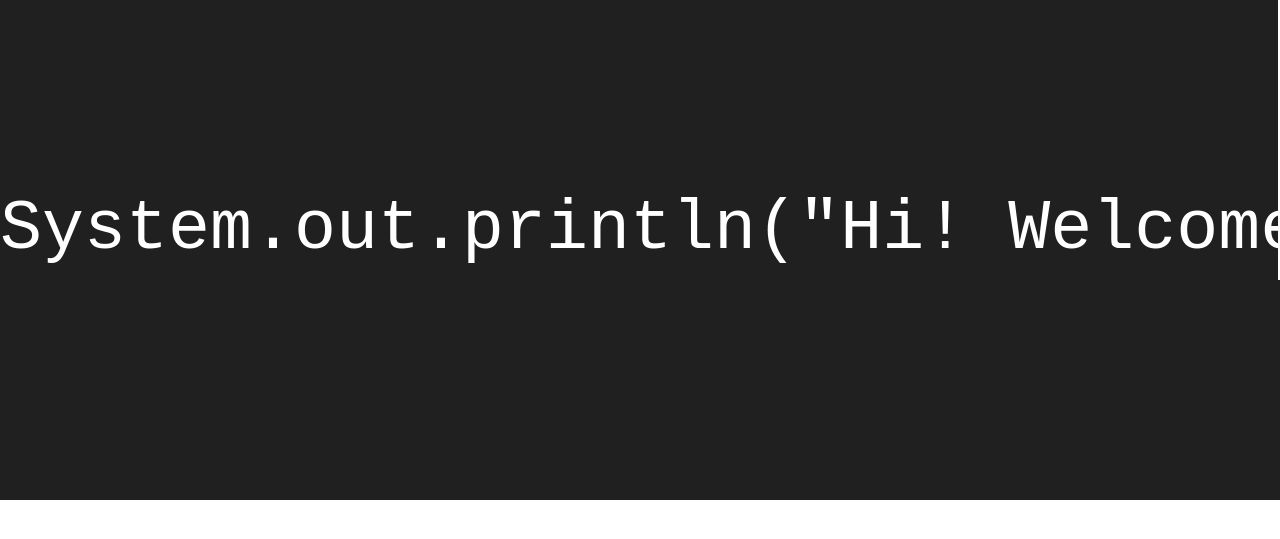
Repository: janry-gracia/Divinagracia_FinalProject
Page: Pages/storyofmylife.html
These files come from the project's save history. The page is drawn as it stood at one moment and after the next save; the edit follows.
The browser window is 1280 px wide. The pictures show the whole page.

Above is the page before, as saved 2021-05-17 23:38:06.
Console error: TypeError: Cannot read properties of null (reading 'addEventListener')

After the next save:
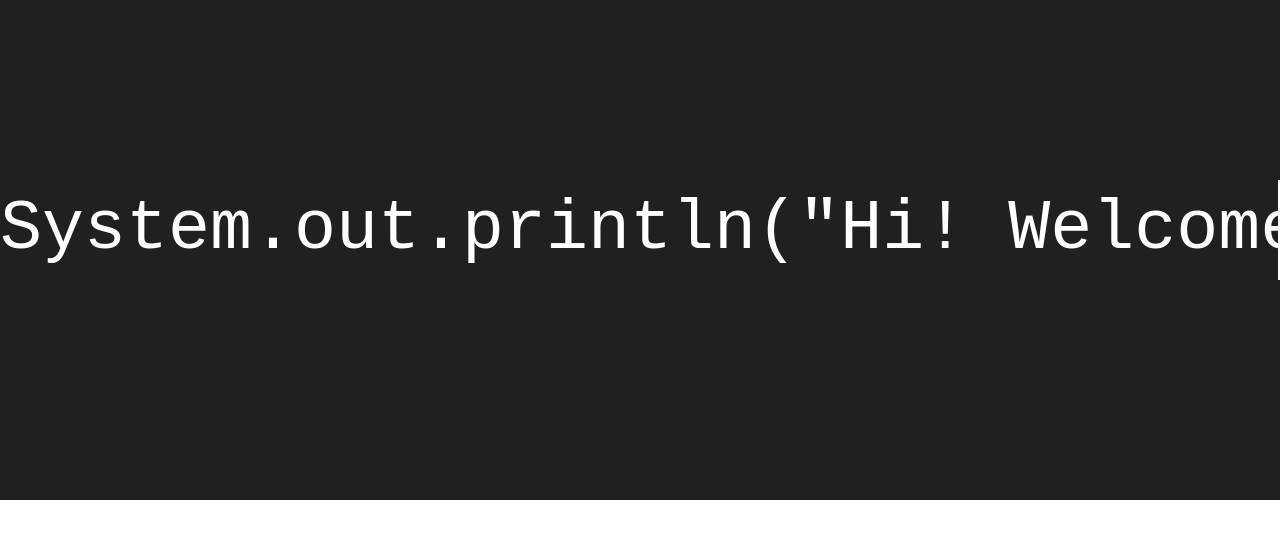
Saved 2 min 3 s later.
--- a/css/storyofmylife.css
+++ b/css/storyofmylife.css
@@ -27,7 +27,7 @@ div.message{
 }
 
 p.message{
-    padding-top: 180px;
+    margin-top: 180px;
     font-family: 'Fire Code', monospace;
     font-size: 5em;
     font-weight: 200;
